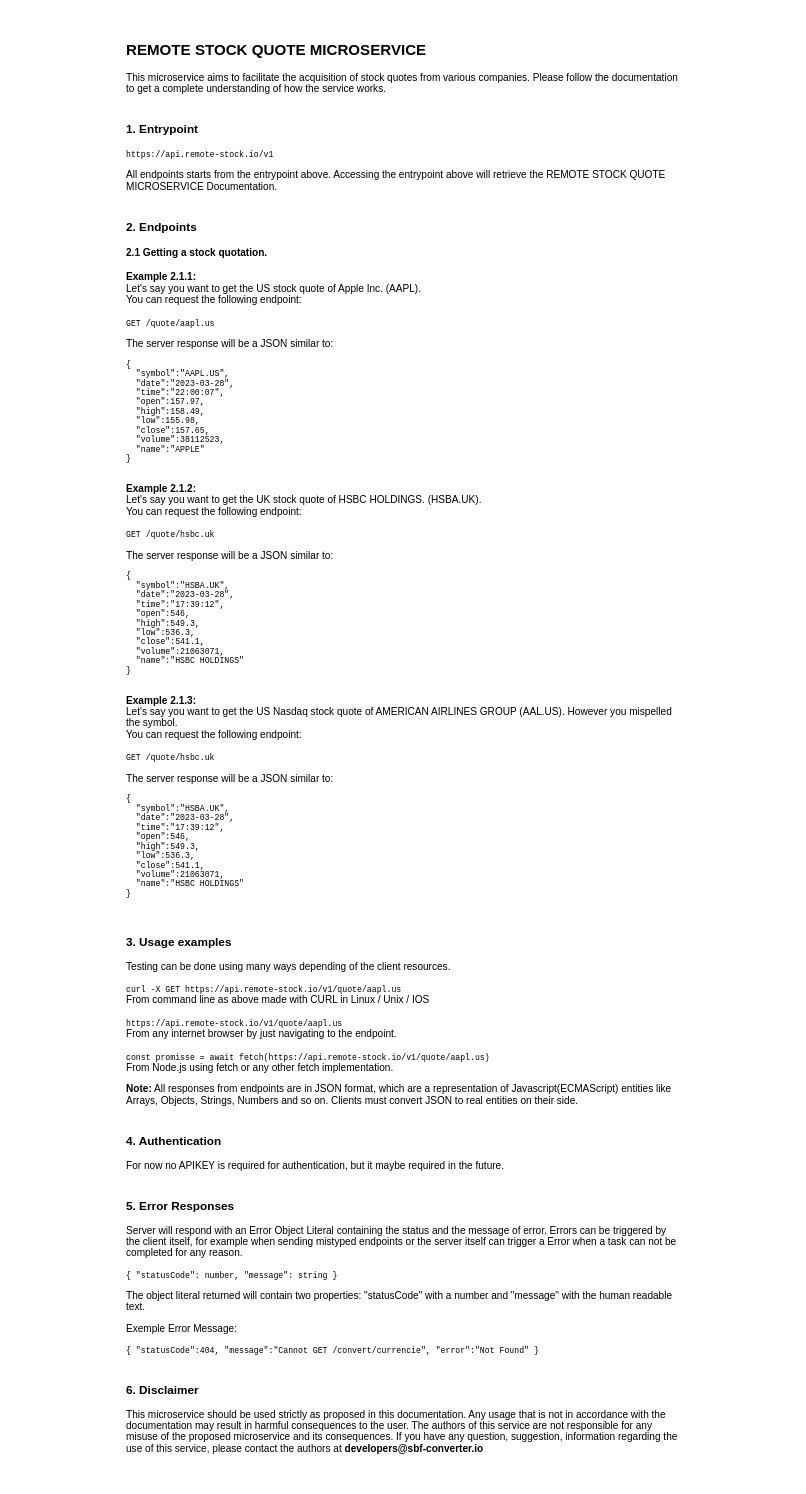
Repository: miguelamello/nest-js
Page: api-service/documentation.html
These files come from the project's save history. The page is drawn as it stood at one moment and after the next save; the edit follows.
The browser window is 1280 px wide. The pictures show the whole page, at 63% of full size.

Above is the page before, as saved 2023-03-28 18:35:41.

### api-service/documentation.html
<!DOCTYPE html>
<html lang="en">
<head>
  <meta charset="UTF-8">
  <meta http-equiv="X-UA-Compatible" content="IE=edge">
  <meta name="viewport" content="width=device-width, initial-scale=1.0">
  <title>REMOTE STOCK QUOTE MICROSERVICE</title>
  <style>
    body {
      font-family: Arial, Helvetica, sans-serif;
      padding: 3% 15%;
    }
    h3 {
      margin-top: 5%;
    }
    pre {
      margin: 0;
    }
  </style>
</head>
<body>
  <h2>REMOTE STOCK QUOTE MICROSERVICE</h2>
  <p>
    This microservice aims to facilitate the acquisition of stock quotes from various companies.
    Please follow the documentation to get a complete understanding of how the service works.
  </p>

  <h3>1. Entrypoint</h3>
  <code>https://api.remote-stock.io/v1</code>
  <p>
    All endpoints starts from the entrypoint above. Accessing the entrypoint
    above will retrieve the REMOTE STOCK QUOTE MICROSERVICE Documentation.
  </p>

  <h3>2. Endpoints</h3>

  <h4>2.1 Getting a stock quotation.</h4>

  <p>
    <div><b>Example 2.1.1:</b></div>
    <div>Let's say you want to get the US stock quote of Apple Inc. (AAPL).</div>
    <div>You can request the following endpoint:</div><br>
    <code>GET /quote/aapl.us</code>

    <p>The server response will be a JSON similar to:</p>

    <pre>
{
  "symbol":"AAPL.US",
  "date":"2023-03-28",
  "time":"22:00:07",
  "open":157.97,
  "high":158.49,
  "low":155.98,
  "close":157.65,
  "volume":38112523,
  "name":"APPLE"
}
    </pre>
  </p>
  <p>
    <div><b>Example 2.1.2:</b></div>
    <div>Let's say you want to get the UK stock quote of HSBC HOLDINGS. (HSBA.UK).</div>
    <div>You can request the following endpoint:</div><br>
    <code>GET /quote/hsbc.uk</code>

    <p>The server response will be a JSON similar to:</p>

    <pre>
{
  "symbol":"HSBA.UK",
  "date":"2023-03-28",
  "time":"17:39:12",
  "open":546,
  "high":549.3,
  "low":536.3,
  "close":541.1,
  "volume":21063071,
  "name":"HSBC HOLDINGS"
}
    </pre>
  </p>

  <p>
    <div><b>Example 2.1.3:</b></div>
    <div>
      Let's say you want to get the US Nasdaq stock quote of AMERICAN AIRLINES GROUP (AAL.US).
      However you mispelled the symbol. </div>
    <div>You can request the following endpoint:</div><br>
    <code>GET /quote/hsbc.uk</code>

    <p>The server response will be a JSON similar to:</p>

    <pre>
{
  "symbol":"HSBA.UK",
  "date":"2023-03-28",
  "time":"17:39:12",
  "open":546,
  "high":549.3,
  "low":536.3,
  "close":541.1,
  "volume":21063071,
  "name":"HSBC HOLDINGS"
}
    </pre>
  </p>

  <h3>3. Usage examples</h3>

  <p>Testing can be done using many ways depending of the client resources.</p>

  <code>curl -X GET https://api.remote-stock.io/v1/quote/aapl.us</code>
  <div>From command line as above made with CURL in Linux / Unix / IOS</div>
  <br>
  <code>https://api.remote-stock.io/v1/quote/aapl.us</code>
  <div>From any internet browser by just navigating to the endpoint.</div>
  <br>
  <code>const promisse = await fetch(https://api.remote-stock.io/v1/quote/aapl.us)</code>
  <div>From Node.js using fetch or any other fetch implementation.</div>

  <p>
    <b>Note:</b> All responses from endpoints are in JSON format, which are a
    representation of Javascript(ECMAScript) entities like Arrays, Objects,
    Strings, Numbers and so on. Clients must convert JSON to real entities
    on their side.
  </p>

  <h3>4. Authentication</h3>
  <p>For now no APIKEY is required for authentication, but it maybe required in the future.</p>

  <h3>5. Error Responses</h3>

  <p>
    Server will respond with an Error Object Literal containing
    the status and the message of error. Errors can be triggered
    by the client itself, for example when sending mistyped endpoints
    or the server itself can trigger a Error when a
    task can not be completed for any reason.
  </p>

  <p>
    <code>{ "statusCode": number, "message": string }</code><br>
    <div>
      The object literal returned will contain two properties:
      "statusCode" with a number and "message" with the human readable text.
    </div>
  </p>

  <p>Exemple Error Message:</p>
  <p>
    <code>
      { "statusCode":404, "message":"Cannot GET /convert/currencie", "error":"Not Found" }
    </code>
  </p>

  <h3>6. Disclaimer</h3>
  <p>
    This microservice should be used strictly as proposed in this documentation.
    Any usage that is not in accordance with the documentation may result in harmful
    consequences to the user. The authors of this service are not responsible for
    any misuse of the proposed microservice and its consequences. If you have any question,
    suggestion, information regarding the use of this service, please contact
    the authors at <b>developers@sbf-converter.io</b>
  </p>

</body>
</html>

After the next save:
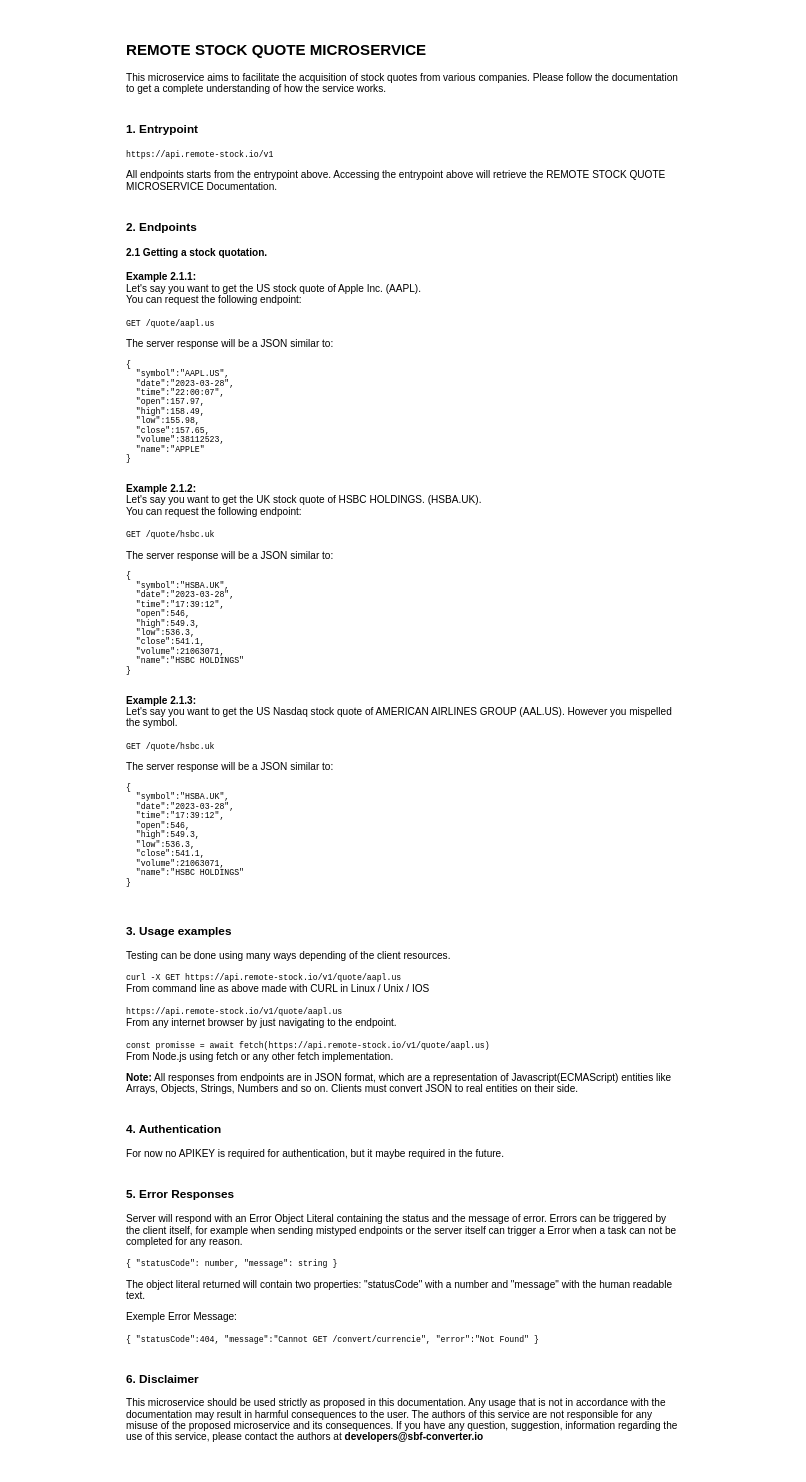
Saved 11 s later.
--- a/api-service/documentation.html
+++ b/api-service/documentation.html
@@ -85,8 +85,7 @@
     <div><b>Example 2.1.3:</b></div>
     <div>
       Let's say you want to get the US Nasdaq stock quote of AMERICAN AIRLINES GROUP (AAL.US).
-      However you mispelled the symbol. </div>
-    <div>You can request the following endpoint:</div><br>
+      However you mispelled the symbol. </div><br>
     <code>GET /quote/hsbc.uk</code>
 
     <p>The server response will be a JSON similar to:</p>
